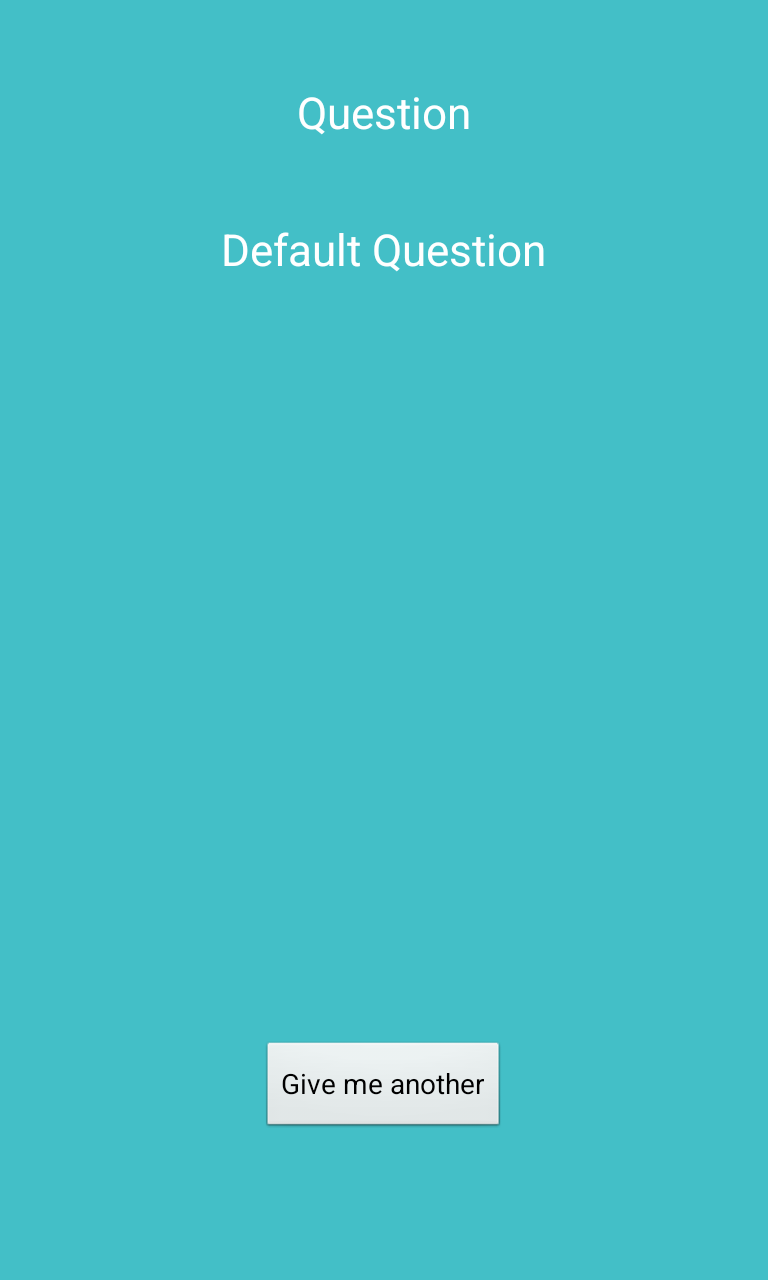
Repository: DarwinLYang/WhoGoesFirstApp
Layout: Who First/WhoFirst/res/layout/fragment_question.xml
These files come from the project's save history. The layout is drawn as it stood at one moment and after the next save; the edit follows.
It is drawn on a 768 x 1280 px phone screen (xhdpi) without system bars, with theme android:Theme.NoTitleBar.Fullscreen; the app's code is not run.

Above is the layout before, as saved 2014-04-10 20:52:13.

### Who First/WhoFirst/res/layout/fragment_question.xml
<RelativeLayout xmlns:android="http://schemas.android.com/apk/res/android"
    xmlns:tools="http://schemas.android.com/tools"
    android:layout_width="match_parent"
    android:layout_height="match_parent"
    android:background="@color/blue"
    android:paddingBottom="@dimen/activity_vertical_margin"
    android:paddingLeft="@dimen/activity_horizontal_margin"
    android:paddingRight="@dimen/activity_horizontal_margin"
    android:paddingTop="@dimen/activity_vertical_margin"
    tools:context="com.purplishsocks.whofirst.QuestionActivity$QuestionFragment" >

    <TextView
        android:id="@+id/questionTitle"
        android:layout_width="wrap_content"
        android:layout_height="wrap_content"
        android:layout_alignParentTop="true"
        android:layout_centerHorizontal="true"
        android:layout_marginTop="25dp"
        android:text="@string/text_question_title"
        android:textAppearance="?android:attr/textAppearanceLarge" />

    <TextView
        android:id="@+id/question"
        android:layout_width="wrap_content"
        android:layout_height="wrap_content"
        android:layout_below="@+id/questionTitle"
        android:layout_centerHorizontal="true"
        android:layout_marginLeft="5dp"
        android:layout_marginRight="5dp"
        android:layout_marginTop="39dp"
        android:text="@string/text_default_question"
        android:gravity="center"
        android:textAppearance="?android:attr/textAppearanceLarge" />

    <Button
        android:id="@+id/newQuestion"
        android:layout_width="wrap_content"
        android:layout_height="wrap_content"
        android:layout_alignParentBottom="true"
        android:layout_centerHorizontal="true"
        android:layout_marginBottom="56dp"
        android:onClick="changeQuestion"
        android:text="@string/button_next_question" />

</RelativeLayout>

### Who First/WhoFirst/res/values/strings.xml
<?xml version="1.0" encoding="utf-8"?>
<resources>

    <string name="app_name">Who Goes First</string>
    <string name="button_question">Who Goes First?</string>
    <string name="button_setting">Settings</string>
    <string name="button_next_question">Give me another</string>
    <string name="action_settings">Settings</string>
    <string name="title_activity_main">MainActivity</string>
    <string name="title_activity_question">QuestionActivity</string>
    <string name="title_activity_settings">SettingsActivity</string>
    <string name="text_question_title">Question</string>
    <string name="text_default_question">Default Question</string>

    <color name="green">#78AB46</color>
    <color name="blue">#43BFC7</color>
    <color name="red">#E77471</color>

</resources>

Loaded but not shown: Who First/WhoFirst/res/values/dimens.xml (common file); Who First/WhoFirst/res/values-w820dp/dimens.xml (common file)

After the next save:
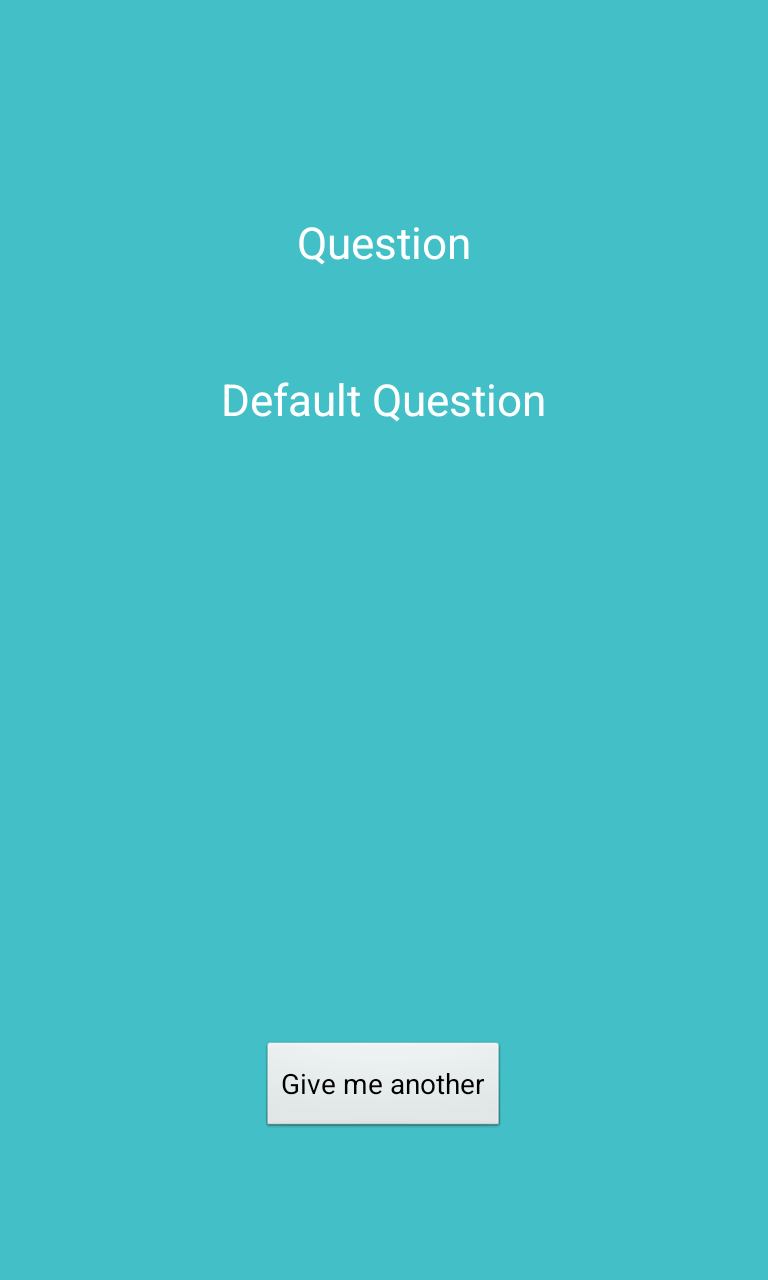
Saved 5 min 14 s later.
--- a/Who First/WhoFirst/res/layout/fragment_question.xml
+++ b/Who First/WhoFirst/res/layout/fragment_question.xml
@@ -9,29 +9,6 @@
     android:paddingTop="@dimen/activity_vertical_margin"
     tools:context="com.purplishsocks.whofirst.QuestionActivity$QuestionFragment" >
 
-    <TextView
-        android:id="@+id/questionTitle"
-        android:layout_width="wrap_content"
-        android:layout_height="wrap_content"
-        android:layout_alignParentTop="true"
-        android:layout_centerHorizontal="true"
-        android:layout_marginTop="25dp"
-        android:text="@string/text_question_title"
-        android:textAppearance="?android:attr/textAppearanceLarge" />
-
-    <TextView
-        android:id="@+id/question"
-        android:layout_width="wrap_content"
-        android:layout_height="wrap_content"
-        android:layout_below="@+id/questionTitle"
-        android:layout_centerHorizontal="true"
-        android:layout_marginLeft="5dp"
-        android:layout_marginRight="5dp"
-        android:layout_marginTop="39dp"
-        android:text="@string/text_default_question"
-        android:gravity="center"
-        android:textAppearance="?android:attr/textAppearanceLarge" />
-
     <Button
         android:id="@+id/newQuestion"
         android:layout_width="wrap_content"
@@ -42,4 +19,25 @@
         android:onClick="changeQuestion"
         android:text="@string/button_next_question" />
 
+    <TextView
+        android:id="@+id/question"
+        android:layout_width="wrap_content"
+        android:layout_height="wrap_content"
+        android:layout_below="@+id/questionTitle"
+        android:layout_centerHorizontal="true"
+        android:layout_marginTop="49dp"
+        android:gravity="center"
+        android:text="@string/text_default_question"
+        android:textAppearance="?android:attr/textAppearanceLarge" />
+
+    <TextView
+        android:id="@+id/questionTitle"
+        android:layout_width="wrap_content"
+        android:layout_height="wrap_content"
+        android:layout_alignParentTop="true"
+        android:layout_centerHorizontal="true"
+        android:layout_marginTop="90dp"
+        android:text="@string/text_question_title"
+        android:textAppearance="?android:attr/textAppearanceLarge" />
+
 </RelativeLayout>
